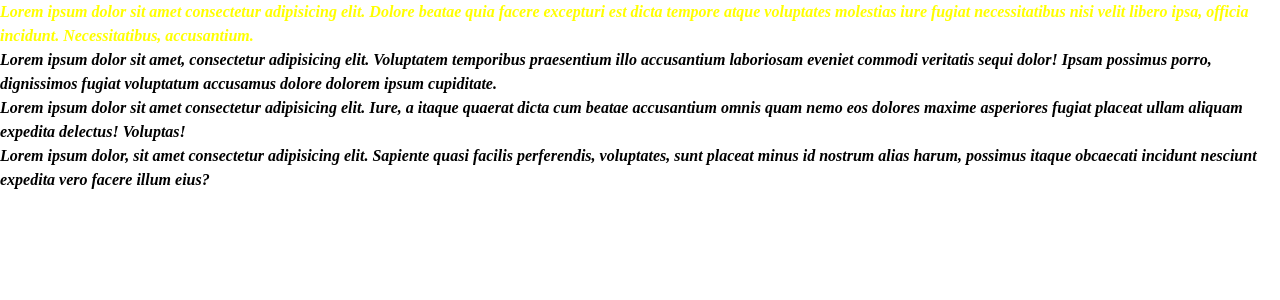
Repository: nguyenkien12345/Master-Css
Page: 1 so thuoc tinh css dac biet/index.html
These files come from the project's save history. The page is drawn as it stood at one moment and after a run of saves; the edit follows.
The browser window is 1280 px wide. The pictures show the whole page.

Above is the page before, as saved 2023-09-10 22:55:20.

After the next 2 saves:
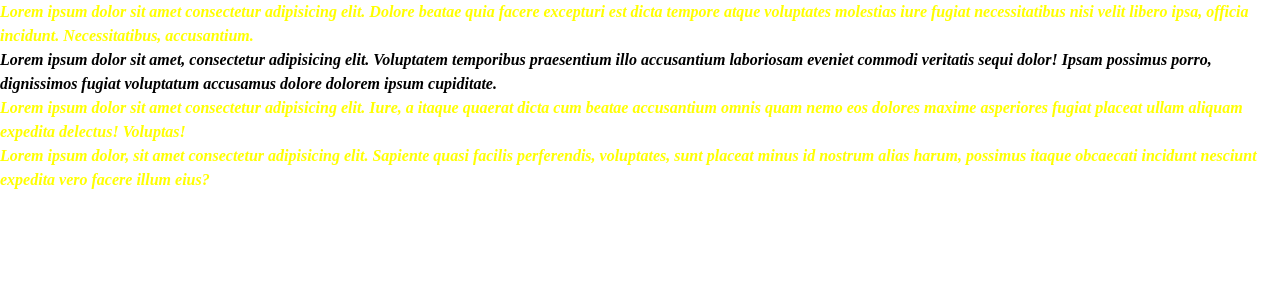
The 2 saves are shown as one change because they came seconds apart.
The last was saved 9 s later.
--- a/1 so thuoc tinh css dac biet/index.html
+++ b/1 so thuoc tinh css dac biet/index.html
@@ -115,8 +115,8 @@
         } */
 
         div p { color: yellow; }
-        div p { color: yellow; }
-        div p { color: yellow; }
+        main p { color: yellow; }
+        article p { color: yellow; }
         div p { color: yellow; }
 
         /* Viết theo kiểu div p, section p, main p,  article p {} quá dài dòng nên ta sẽ có cách viết khác như sau: */
